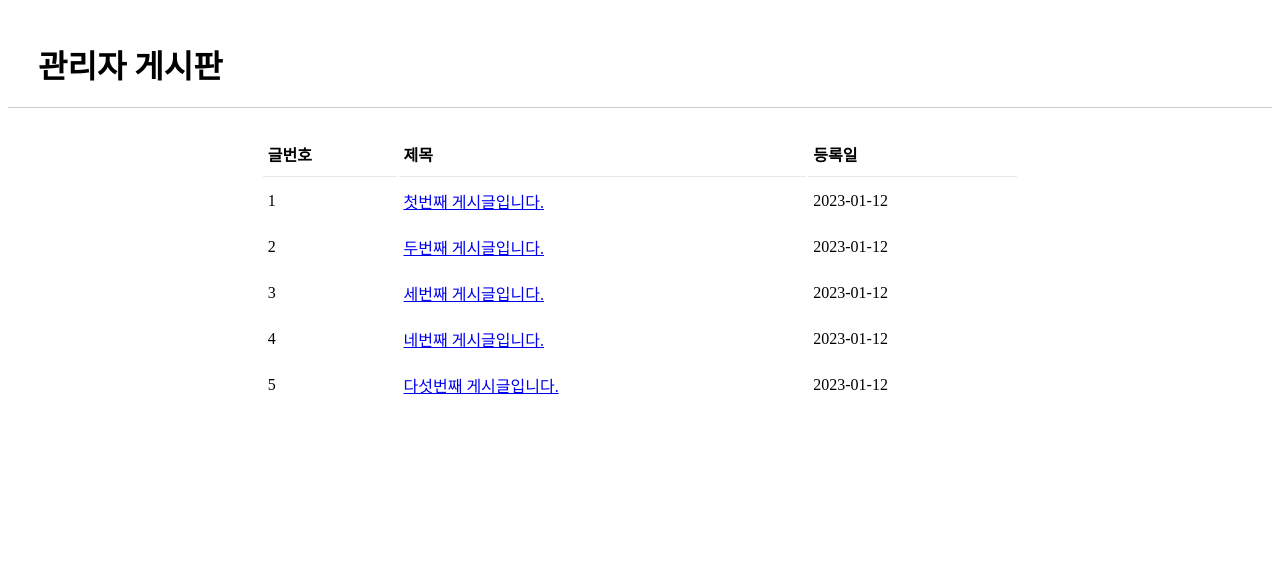
Repository: thdtjdgml415/exVoc
Page: /Page/AdminList
These files come from the project's save history. The page is drawn as it stood at one moment and after the next save; the edit follows.
The browser window is 1280 px wide. The pictures show the whole page.
The project was rebuilt for these pictures with package versions that can differ from the ones it lists, and the page was loaded fresh each time. Also part of the build but not shown: src/components/table/CommonTableWriteBtn.js, src/Page/PostList.js, src/Page/PostMain.js, src/Page/PostView.js, src/Page/registration.css, src/components/modal/modal.css, src/components/modal/Modal.js, src/components/modal/CheckModal.js and 3 more.

Above is the page before, as saved 2023-01-13 16:08:19.

After the next save:
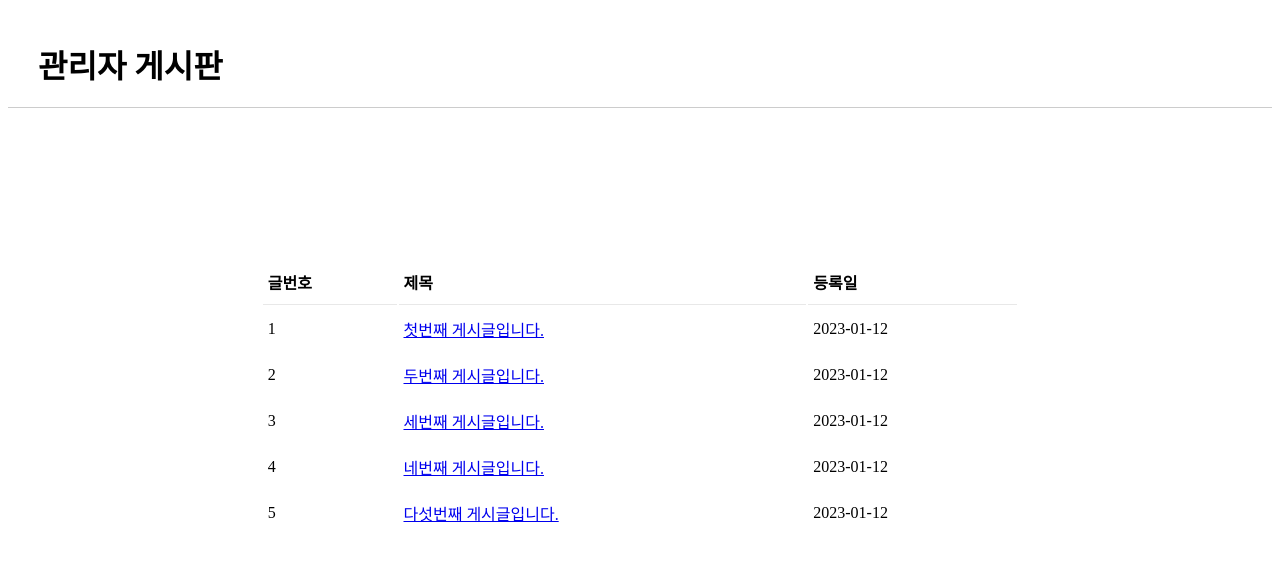
Saved 68 s later.
--- a/src/Page/AdminList.js
+++ b/src/Page/AdminList.js
@@ -15,6 +15,7 @@ const AdminList = props => {
   return (
     <>
     <h1>관리자 게시판</h1>
+    <div className='PostList-Wrap'>
       <CommonTable headersName={['글번호', '제목', '등록일']}>
        {
           dataList ? dataList.map((item, index) => {
@@ -30,6 +31,7 @@ const AdminList = props => {
           }) : ''
        }
       </CommonTable>
+      </div>
     </>
   )
 }
